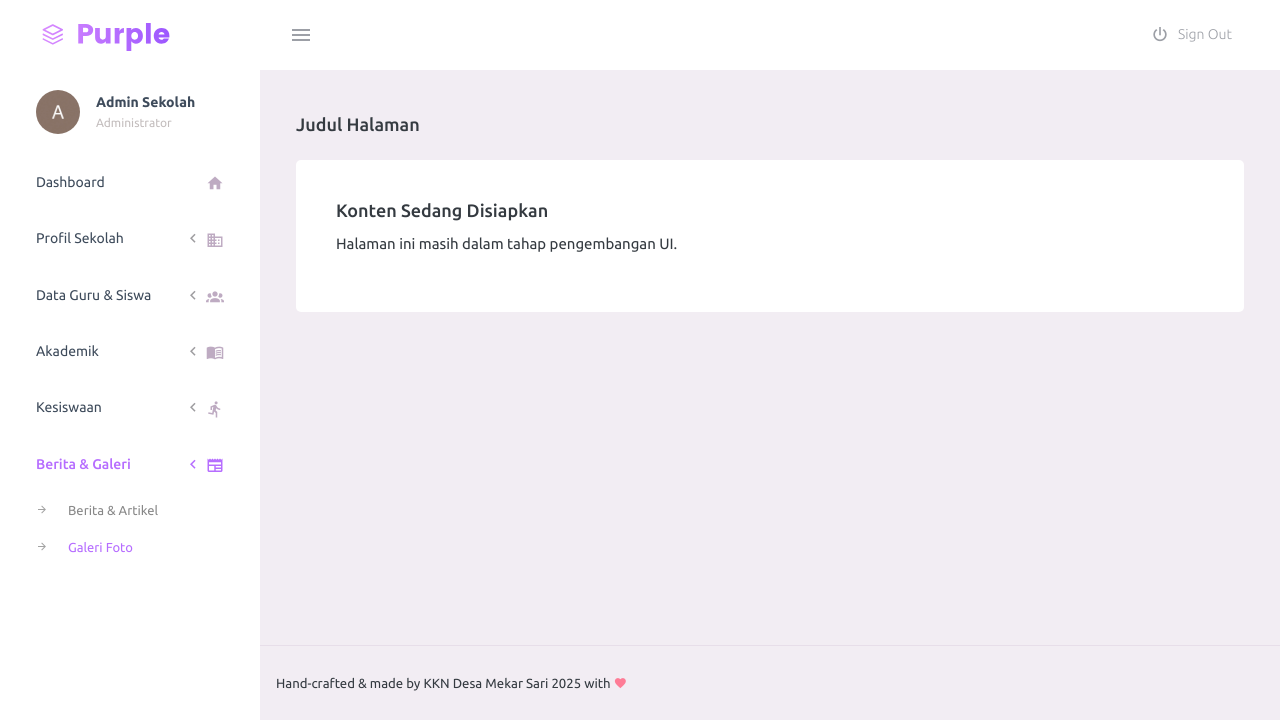
Repository: MKennyChaniago/sekolah-mi-nurul-iman
Page: http://localhost/admin/galeri
An editor plug-in stored every save of this project. The page is shown before and after the next save, followed by the edit.
The browser window is 1280 px wide. The pictures show the whole page.
The page is served by the project's Laravel application, run on PHP 8.4 with Laravel 12. Other server files are loaded and not shown.

Above is the page before, as saved 2025-12-07 09:31:56.
Console error: TypeError: Cannot read properties of null (reading 'classList')

### routes/web.php
<?php

use Illuminate\Support\Facades\Route;
use App\Http\Controllers\HomeController;
// Anda mungkin akan membuat Controller baru, contohnya:
// use App\Http\Controllers\ProfileController;

// --- A. ROUTE FRONTEND (MI NURUL IMAN) ---

// 1. HOME
Route::get('/', [HomeController::class, 'index'])->name('home');

// 2. PROFIL (Menggunakan grup untuk submenu)
Route::prefix('profil')->group(function () {
    Route::get('/sejarah', function () { return view('profil.sejarah'); })->name('profil.sejarah');
    Route::get('/visi-misi', function () { return view('profil.visi_misi'); })->name('profil.visi_misi');
    Route::get('/struktur-organisasi', function () { return view('profil.struktur'); })->name('profil.struktur');
});

// 3. KESISWAAN
Route::get('/kesiswaan', function () { return view('kesiswaan.index'); })->name('kesiswaan');

// 4. BERITA & ARTIKEL
// Listing Berita Utama
Route::get('/berita', function () { return view('berita.listing'); })->name('berita.listing');
// Detail Berita dengan parameter dinamis (slug)
Route::get('/berita/{slug}', function ($slug) { return view('berita.detail', compact('slug')); })->name('berita.detail');

// 5. AKADEMIK
Route::prefix('akademik')->group(function () {
    Route::get('/kurikulum', function () { return view('akademik.kurikulum'); })->name('akademik.kurikulum');
    Route::get('/guru-staff', function () { return view('akademik.guru_staff'); })->name('akademik.guru_staff');
    Route::get('/produk-hukum', function () { return view('akademik.produk_hukum'); })->name('akademik.produk_hukum');
});

// 6. Galeri
Route::get('/galeri', function () { return view('galeri.index'); })->name('galeri');

// 7. KONTAK MANDIRI (Formulir Kontak)
Route::get('/kontak', function () { return view('kontak'); })->name('kontak');


// --- B. ROUTE BACKEND (ADMIN) ---

// 1. Route Login
Route::get('/admin/login', function () {
    return view('admin.login');
})->name('admin.login');

// 2. Route Register
Route::get('/admin/register', function () {
    return view('admin.register');
})->name('admin.register');

// 3. Route Dashboard (INI TUJUANNYA)
Route::get('/admin/dashboard', function () {
    return view('admin.dashboard');
})->name('admin.dashboard');

// ... (Route Login, Register, Dashboard sebelumnya) ...

// --- GROUP: PROFIL SEKOLAH ---
Route::get('/admin/sejarah', function () {
    return view('admin.profil.sejarah'); // Perlu buat file
})->name('admin.sejarah');

Route::get('/admin/visi-misi', function () {
    return view('admin.profil.visimisi'); // Perlu buat file
})->name('admin.visimisi');

Route::get('/admin/struktur', function () {
    return view('admin.profil.struktur'); // Perlu buat file
})->name('admin.struktur');


// --- GROUP: DATA MASTER ---
Route::get('/admin/guru', function () {
    return view('admin.guru.index');
})->name('admin.guru.index');

Route::get('/admin/guru/create', function () {
    return view('admin.guru.create');
})->name('admin.guru.create');

Route::get('/admin/siswa', function () {
    return view('admin.siswa.index');
})->name('admin.siswa.index');


// --- GROUP: AKADEMIK ---
Route::get('/admin/kurikulum', function () {
    return view('admin.akademik.kurikulum'); // Perlu buat file
})->name('admin.kurikulum.index');

Route::get('/admin/produk-hukum', function () {
    return view('admin.akademik.produkhukum'); // Perlu buat file
})->name('admin.produk_hukum.index');


// --- GROUP: KESISWAAN ---
Route::get('/admin/ekstrakurikuler', function () {
    return view('admin.kesiswaan.ekskul'); // Perlu buat file
})->name('admin.ekstrakurikuler.index');

Route::get('/admin/program-unggulan', function () {
    return view('admin.kesiswaan.program'); // Perlu buat file
})->name('admin.prestasi.index');


// --- GROUP: PUBLIKASI ---
Route::get('/admin/berita', function () {
    return view('admin.berita.index');
})->name('admin.berita.index');

Route::get('/admin/berita/create', function () {
    return view('admin.berita.create');
})->name('admin.berita.create');

Route::get('/admin/galeri', function () {
    return view('admin.galeri.index');
})->name('admin.galeri.index');

### resources/views/admin/galeri/index.blade.php
@extends('layouts.admin')

@section('content')
<div class="page-header">
    <h3 class="page-title"> Judul Halaman </h3>
</div>
<div class="row">
    <div class="col-12 grid-margin stretch-card">
        <div class="card">
            <div class="card-body">
                <h4 class="card-title">Konten Sedang Disiapkan</h4>
                <p>Halaman ini masih dalam tahap pengembangan UI.</p>
            </div>
        </div>
    </div>
</div>
@endsection

### resources/views/layouts/admin.blade.php
<!DOCTYPE html>
<html lang="id">
  <head>
    <meta charset="utf-8">
    <meta name="viewport" content="width=device-width, initial-scale=1, shrink-to-fit=no">
    <title>Admin - MI Nurul Iman</title>

    <link rel="stylesheet" href="{{ asset('admin/vendors/mdi/css/materialdesignicons.min.css') }}">
    <link rel="stylesheet" href="{{ asset('admin/vendors/ti-icons/css/themify-icons.css') }}">
    <link rel="stylesheet" href="{{ asset('admin/vendors/css/vendor.bundle.base.css') }}">
    <link rel="stylesheet" href="{{ asset('admin/css/style.css') }}">
    <link rel="shortcut icon" href="{{ asset('admin/images/favicon.png') }}" />
  </head>
  <body>

    <div class="container-scroller">

      @include('admin.partials.navbar')

      <div class="container-fluid page-body-wrapper">

        @include('admin.partials.sidebar')

        <div class="main-panel">
          <div class="content-wrapper">

            @yield('content')

          </div>

          @include('admin.partials.footer')

        </div>
      </div>
    </div>

    <script src="{{ asset('admin/vendors/js/vendor.bundle.base.js') }}"></script>
    <script src="{{ asset('admin/vendors/chart.js/chart.umd.js') }}"></script>
    <script src="{{ asset('admin/js/off-canvas.js') }}"></script>
    <script src="{{ asset('admin/js/misc.js') }}"></script>
    <script src="{{ asset('admin/js/settings.js') }}"></script>
    <script src="{{ asset('admin/js/todolist.js') }}"></script>
    <script src="{{ asset('admin/js/jquery.cookie.js') }}"></script>
    <script src="{{ asset('admin/js/dashboard.js') }}"></script>
  </body>
</html>

### resources/views/admin/partials/navbar.blade.php
<style>
  /* Animasi untuk tombol Logout */
  .logout-link {
    transition: all 0.3s ease-in-out; /* Gerakan halus */
    display: flex;
    align-items: center;
  }

  /* Efek saat Mouse diarahkan (Hover) */
  .logout-link:hover {
    transform: scale(1.1); /* Membesar sedikit (10%) */
    color: #dc3545 !important; /* Berubah warna jadi Merah */
  }

  .logout-link:hover i {
    color: #dc3545 !important; /* Icon juga jadi merah */
  }
</style>

<nav class="navbar default-layout-navbar col-lg-12 col-12 p-0 fixed-top d-flex flex-row">
  <div class="text-center navbar-brand-wrapper d-flex align-items-center justify-content-start">
    <a class="navbar-brand brand-logo" href="{{ route('admin.dashboard') }}"><img src="{{ asset('admin/images/logo.svg') }}" alt="logo" /></a>
    <a class="navbar-brand brand-logo-mini" href="{{ route('admin.dashboard') }}"><img src="{{ asset('admin/images/logo-mini.svg') }}" alt="logo" /></a>
  </div>

  <div class="navbar-menu-wrapper d-flex align-items-stretch">
    <button class="navbar-toggler navbar-toggler align-self-center" type="button" data-toggle="minimize">
      <span class="mdi mdi-menu"></span>
    </button>

    <ul class="navbar-nav navbar-nav-right">

      <li class="nav-item nav-logout">
        <a class="nav-link logout-link" href="{{ route('admin.login') }}" title="Keluar Aplikasi">
          <i class="mdi mdi-power"></i>

          <span class="d-none d-lg-inline ms-2">Sign Out</span>
        </a>
      </li>

    </ul>

    <button class="navbar-toggler navbar-toggler-right d-lg-none align-self-center" type="button" data-toggle="offcanvas">
      <span class="mdi mdi-menu"></span>
    </button>
  </div>
</nav>

### resources/views/admin/partials/sidebar.blade.php
<nav class="sidebar sidebar-offcanvas" id="sidebar">
  <ul class="nav">

    <li class="nav-item nav-profile">
      <a href="#" class="nav-link">
        <div class="nav-profile-image">
          <img src="{{ asset('admin/images/faces/face1.jpg') }}" alt="profile" />
          <span class="login-status online"></span>
        </div>
        <div class="nav-profile-text d-flex flex-column">
          <span class="font-weight-bold mb-2">Admin Sekolah</span>
          <span class="text-secondary text-small">Administrator</span>
        </div>
      </a>
    </li>

    <li class="nav-item">
      <a class="nav-link" href="{{ route('admin.dashboard') }}">
        <span class="menu-title">Dashboard</span>
        <i class="mdi mdi-home menu-icon"></i>
      </a>
    </li>

    <li class="nav-item">
      <a class="nav-link" data-bs-toggle="collapse" href="#profil-sekolah" aria-expanded="false" aria-controls="profil-sekolah">
        <span class="menu-title">Profil Sekolah</span>
        <i class="menu-arrow"></i>
        <i class="mdi mdi-domain menu-icon"></i>
      </a>
      <div class="collapse" id="profil-sekolah">
        <ul class="nav flex-column sub-menu">
          <li class="nav-item"> <a class="nav-link" href="{{ route('admin.sejarah') }}">Sejarah Madrasah</a></li>
          <li class="nav-item"> <a class="nav-link" href="{{ route('admin.visimisi') }}">Visi & Misi</a></li>
          <li class="nav-item"> <a class="nav-link" href="{{ route('admin.struktur') }}">Struktur Organisasi</a></li>
        </ul>
      </div>
    </li>

    <li class="nav-item">
      <a class="nav-link" data-bs-toggle="collapse" href="#data-master" aria-expanded="false" aria-controls="data-master">
        <span class="menu-title">Data Guru & Siswa</span>
        <i class="menu-arrow"></i>
        <i class="mdi mdi-account-group menu-icon"></i>
      </a>
      <div class="collapse" id="data-master">
        <ul class="nav flex-column sub-menu">
          <li class="nav-item"> <a class="nav-link" href="{{ route('admin.guru.index') }}">Data Guru & Staff</a></li>
          <li class="nav-item"> <a class="nav-link" href="{{ route('admin.siswa.index') }}">Data Siswa</a></li>
        </ul>
      </div>
    </li>

    <li class="nav-item">
      <a class="nav-link" data-bs-toggle="collapse" href="#akademik" aria-expanded="false" aria-controls="akademik">
        <span class="menu-title">Akademik</span>
        <i class="menu-arrow"></i>
        <i class="mdi mdi-book-open-variant menu-icon"></i>
      </a>
      <div class="collapse" id="akademik">
        <ul class="nav flex-column sub-menu">
          <li class="nav-item"> <a class="nav-link" href="{{ route('admin.kurikulum.index') }}">Kurikulum</a></li>
          <li class="nav-item"> <a class="nav-link" href="{{ route('admin.produk_hukum.index') }}">Produk Hukum (SK)</a></li>
        </ul>
      </div>
    </li>

    <li class="nav-item">
      <a class="nav-link" data-bs-toggle="collapse" href="#kesiswaan" aria-expanded="false" aria-controls="kesiswaan">
        <span class="menu-title">Kesiswaan</span>
        <i class="menu-arrow"></i>
        <i class="mdi mdi-run menu-icon"></i>
      </a>
      <div class="collapse" id="kesiswaan">
        <ul class="nav flex-column sub-menu">
          <li class="nav-item"> <a class="nav-link" href="{{ route('admin.ekstrakurikuler.index') }}">Ekstrakurikuler</a></li>
          <li class="nav-item"> <a class="nav-link" href="{{ route('admin.prestasi.index') }}">Program Unggulan</a></li>
        </ul>
      </div>
    </li>

    <li class="nav-item">
      <a class="nav-link" data-bs-toggle="collapse" href="#publikasi" aria-expanded="false" aria-controls="publikasi">
        <span class="menu-title">Berita & Galeri</span>
        <i class="menu-arrow"></i>
        <i class="mdi mdi-newspaper menu-icon"></i>
      </a>
      <div class="collapse" id="publikasi">
        <ul class="nav flex-column sub-menu">
          <li class="nav-item"> <a class="nav-link" href="{{ route('admin.berita.index') }}">Berita & Artikel</a></li>
          <li class="nav-item"> <a class="nav-link" href="{{ route('admin.galeri.index') }}">Galeri Foto</a></li>
        </ul>
      </div>
    </li>

  </ul>
</nav>

### resources/views/admin/partials/footer.blade.php
<footer class="footer">
  <div class="d-sm-flex justify-content-center justify-content-sm-between">
    {{-- <span class="text-muted text-center text-sm-left d-block d-sm-inline-block">Copyright © 2025 <a href="https://www.bootstrapdash.com/" target="_blank">BootstrapDash</a>. All rights reserved.</span> --}}
    <span class="float-none float-sm-right d-block mt-1 mt-sm-0 text-center">Hand-crafted & made by KKN Desa Mekar Sari 2025 with <i class="mdi mdi-heart text-danger"></i></span>
  </div>
</footer>

### public/admin/js/settings.js
(function($) {
  'use strict';
  $(function() {
    $(".nav-settings").click(function() {
      $("#right-sidebar").toggleClass("open");
    });
    $(".settings-close").click(function() {
      $("#right-sidebar,#theme-settings,#layout-settings").removeClass("open");
    });

    $("#settings-trigger").on("click", function() {
      $("#theme-settings").toggleClass("open");
    });

    //check all boxes in order status
    $("#check-all").click(function () {
      $(".checkbox").prop('checked', $(this).prop('checked'));
    });

    //background constants
    var navbar_classes = "navbar-danger navbar-success navbar-warning navbar-dark navbar-light navbar-primary navbar-info navbar-pink";
    var sidebar_classes = "sidebar-light sidebar-dark";
    var $body = $("body");

    //sidebar backgrounds
    $("#sidebar-default-theme").on("click", function() {
      $body.removeClass(sidebar_classes);
      $(".sidebar-bg-options").removeClass("selected");
      $(this).addClass("selected");
    });
    $("#sidebar-dark-theme").on("click", function() {
      $body.removeClass(sidebar_classes);
      $body.addClass("sidebar-dark");
      $(".sidebar-bg-options").removeClass("selected");
      $(this).addClass("selected");
    });
    $("#sidebar-light-theme").on("click", function() {
      $body.removeClass(sidebar_classes);
      $body.addClass("sidebar-light");
      $(".sidebar-bg-options").removeClass("selected");
      $(this).addClass("selected");
    });


    //Navbar Backgrounds
    $(".tiles.primary").on("click", function() {
      $(".navbar").removeClass(navbar_classes);
      $(".navbar").addClass("navbar-primary");
      $(".tiles").removeClass("selected");
      $(this).addClass("selected");
    });
    $(".tiles.success").on("click", function() {
      $(".navbar").removeClass(navbar_classes);
      $(".navbar").addClass("navbar-success");
      $(".tiles").removeClass("selected");
      $(this).addClass("selected");
    });
    $(".tiles.warning").on("click", function() {
      $(".navbar").removeClass(navbar_classes);
      $(".navbar").addClass("navbar-warning");
      $(".tiles").removeClass("selected");
      $(this).addClass("selected");
    });
    $(".tiles.danger").on("click", function() {
      $(".navbar").removeClass(navbar_classes);
      $(".navbar").addClass("navbar-danger");
      $(".tiles").removeClass("selected");
      $(this).addClass("selected");
    });
    $(".tiles.info").on("click", function() {
      $(".navbar").removeClass(navbar_classes);
      $(".navbar").addClass("navbar-info");
      $(".tiles").removeClass("selected");
      $(this).addClass("selected");
    });
    $(".tiles.dark").on("click", function() {
      $(".navbar").removeClass(navbar_classes);
      $(".navbar").addClass("navbar-dark");
      $(".tiles").removeClass("selected");
      $(this).addClass("selected");
    });
    $(".tiles.default").on("click", function() {
      $(".navbar").removeClass(navbar_classes);
      $(".tiles").removeClass("selected");
      $(this).addClass("selected");
    });

    //Horizontal menu in mobile
    $('[data-toggle="horizontal-menu-toggle"]').on("click", function() {
      $(".horizontal-menu .bottom-navbar").toggleClass("header-toggled");
    });
    // Horizontal menu navigation in mobile menu on click
    var navItemClicked = $('.horizontal-menu .page-navigation >.nav-item');
    navItemClicked.on("click", function(event) {
      if(window.matchMedia('(max-width: 991px)').matches) {
        if(!($(this).hasClass('show-submenu'))) {
          navItemClicked.removeClass('show-submenu');
        }
        $(this).toggleClass('show-submenu');
      }
    });

    $(window).scroll(function() {
      if(window.matchMedia('(min-width: 992px)').matches) {
        var header = $('.horizontal-menu');
        if ($(window).scrollTop() >= 71) {
          $(header).addClass('fixed-on-scroll');
        } else {
          $(header).removeClass('fixed-on-scroll');
        }
      }
    });

    $("#layout-toggler").on("click", function () {
      $("#layout-settings").addClass("open");
    });
    $("#chat-toggler").on("click", function () {
      $("#right-sidebar").addClass("open");
    });

  });
})(jQuery);

### public/admin/js/todolist.js
(function($) {
  'use strict';
  $(function() {
    var todoListItem = $('.todo-list');
    var todoListInput = $('.todo-list-input');
    $('.todo-list-add-btn').on("click", function(event) {
      event.preventDefault();

      var item = $(this).prevAll('.todo-list-input').val();

      if (item) {
        todoListItem.append("<li><div class='form-check'><label class='form-check-label'><input class='checkbox' type='checkbox'/>" + item + "<i class='input-helper'></i></label></div><i class='remove mdi mdi-close-circle-outline'></i></li>");
        todoListInput.val("");
      }

    });

    todoListItem.on('change', '.checkbox', function() {
      if ($(this).attr('checked')) {
        $(this).removeAttr('checked');
      } else {
        $(this).attr('checked', 'checked');
      }

      $(this).closest("li").toggleClass('completed');

    });

    todoListItem.on('click', '.remove', function() {
      $(this).parent().remove();
    });

  });
})(jQuery);

Loaded but not shown: public/admin/vendors/mdi/css/materialdesignicons.min.css (library); public/admin/vendors/ti-icons/css/themify-icons.css (library); public/admin/vendors/css/vendor.bundle.base.css (common file); public/admin/css/style.css (library); public/admin/vendors/js/vendor.bundle.base.js (library); public/admin/vendors/chart.js/chart.umd.js (library); public/admin/js/off-canvas.js (common file); public/admin/js/jquery.cookie.js (library); public/admin/images/logo.svg (90 lines, source omitted); public/admin/images/logo-mini.svg (41 lines, source omitted); public/admin/js/dashboard.js (250 lines, source omitted); public/admin/js/misc.js (122 lines, source omitted)

After the next save:
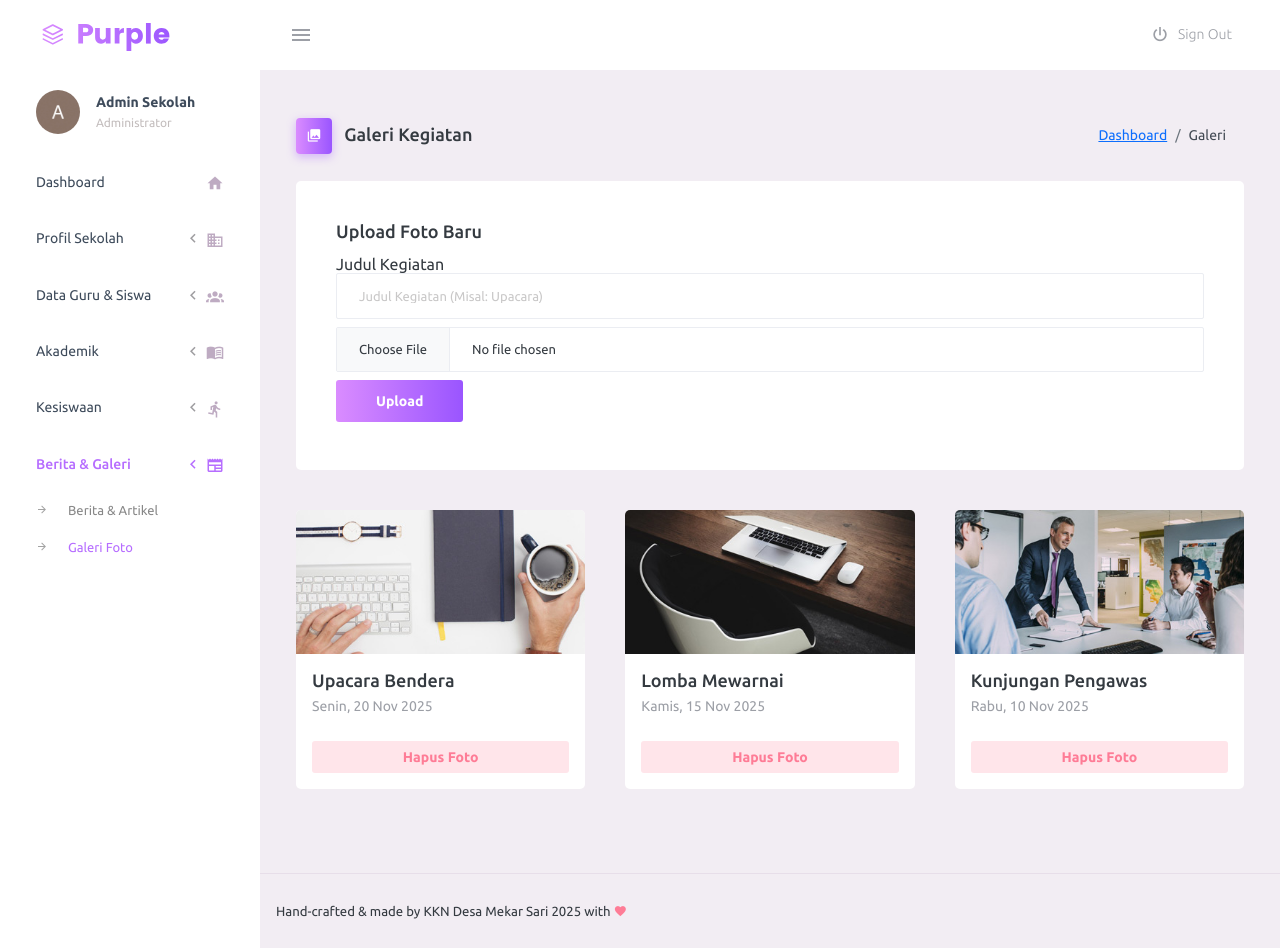
Saved 19 s later.
--- a/resources/views/admin/galeri/index.blade.php
+++ b/resources/views/admin/galeri/index.blade.php
@@ -1,15 +1,74 @@
 @extends('layouts.admin')
+
+@section('title', 'Galeri Sekolah')
 
 @section('content')
 <div class="page-header">
-    <h3 class="page-title"> Judul Halaman </h3>
+    <h3 class="page-title">
+        <span class="page-title-icon bg-gradient-primary text-white me-2">
+            <i class="mdi mdi-image-multiple"></i>
+        </span> Galeri Kegiatan
+    </h3>
+    <nav aria-label="breadcrumb">
+        <ul class="breadcrumb">
+            <li class="breadcrumb-item"><a href="{{ route('admin.dashboard') }}">Dashboard</a></li>
+            <li class="breadcrumb-item active" aria-current="page">Galeri</li>
+        </ul>
+    </nav>
 </div>
+
 <div class="row">
     <div class="col-12 grid-margin stretch-card">
         <div class="card">
             <div class="card-body">
-                <h4 class="card-title">Konten Sedang Disiapkan</h4>
-                <p>Halaman ini masih dalam tahap pengembangan UI.</p>
+                <h4 class="card-title">Upload Foto Baru</h4>
+                <form class="form-inline">
+                    <label class="sr-only" for="judulFoto">Judul Kegiatan</label>
+                    <input type="text" class="form-control mb-2 mr-sm-2" id="judulFoto" placeholder="Judul Kegiatan (Misal: Upacara)">
+
+                    <div class="input-group mb-2 mr-sm-2">
+                        <input type="file" class="form-control">
+                    </div>
+
+                    <button type="submit" class="btn btn-gradient-primary mb-2">Upload</button>
+                </form>
+            </div>
+        </div>
+    </div>
+
+    <div class="col-12">
+        <div class="row">
+            <div class="col-md-4 grid-margin stretch-card">
+                <div class="card">
+                    <img src="{{ asset('admin/images/dashboard/img_1.jpg') }}" class="card-img-top" alt="foto">
+                    <div class="card-body p-3">
+                        <h5 class="card-title mb-1">Upacara Bendera</h5>
+                        <p class="card-text text-muted small">Senin, 20 Nov 2025</p>
+                        <button class="btn btn-block btn-inverse-danger btn-sm mt-2 w-100">Hapus Foto</button>
+                    </div>
+                </div>
+            </div>
+
+            <div class="col-md-4 grid-margin stretch-card">
+                <div class="card">
+                    <img src="{{ asset('admin/images/dashboard/img_2.jpg') }}" class="card-img-top" alt="foto">
+                    <div class="card-body p-3">
+                        <h5 class="card-title mb-1">Lomba Mewarnai</h5>
+                        <p class="card-text text-muted small">Kamis, 15 Nov 2025</p>
+                        <button class="btn btn-block btn-inverse-danger btn-sm mt-2 w-100">Hapus Foto</button>
+                    </div>
+                </div>
+            </div>
+
+            <div class="col-md-4 grid-margin stretch-card">
+                <div class="card">
+                    <img src="{{ asset('admin/images/dashboard/img_3.jpg') }}" class="card-img-top" alt="foto">
+                    <div class="card-body p-3">
+                        <h5 class="card-title mb-1">Kunjungan Pengawas</h5>
+                        <p class="card-text text-muted small">Rabu, 10 Nov 2025</p>
+                        <button class="btn btn-block btn-inverse-danger btn-sm mt-2 w-100">Hapus Foto</button>
+                    </div>
+                </div>
             </div>
         </div>
     </div>
